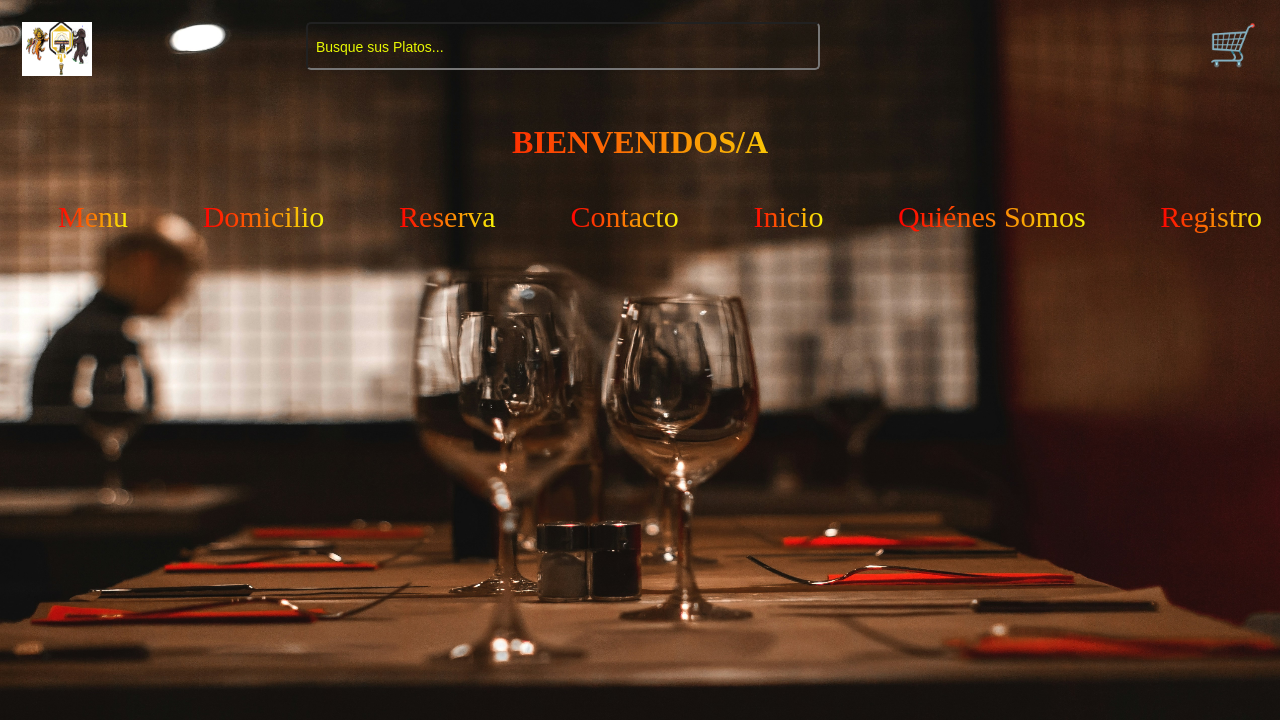
Repository: ye909/app_restaurante
Page: index.html
An editor plug-in stored every save of this project. The page is shown before and after the next save, followed by the edit.
The browser window is 1280 px wide. The pictures show the whole page.

Above is the page before, as saved 2025-01-11 23:17:29.
Console error: TypeError: Cannot read properties of null (reading 'addEventListener')

### index.html
<!DOCTYPE html>
<html lang="en">

<head>
  <meta charset="UTF-8">
  <meta name="viewport" content="width=device-width, initial-scale=1.0">
  <title>Document</title>
  <link rel="stylesheet" href="/css/menu_principal.css">
  <link rel="stylesheet" href="/css/footer.css">
  <link rel="stylesheet" href="/css/heder.css">
  <link rel="stylesheet" href="/css/modal_card.css">
  <link rel="stylesheet" href="/css/stilo.css">
  <link rel="stylesheet" href="/css/menu_navegacion.css">

</head>

<body>
  <header>
    <div class="container_header_card">
      <div class="imagen"><img src="/public/imagen/login.gif" alt=""></div>

      <input type="text" id="buscar" class="buscar" placeholder="Busque sus Platos...">
      <ul id="productList" class="productList"></ul>

      <div id="cart-btn" class="shopping">🛒</div>

  </header>



  <h1 class="bienvenida" id="bienvenida">BIENVENIDOS/A</h1>
  <nav>
    <ul>
      <li id="menu-btn"> <a href="">Menu</a></li>


      <li><a href="./public/templeis/domicilio.html" target="_blank">Domicilio</a></li>
      <li><a href="./public/templeis/reserva.html" target="_blank">Reserva</a></li>
      <li><a href="#contacto">Contacto</a></li>
      <li><a href="./public/templeis/login.html" target="_blank">Inicio</a></li>
      <li><a href="#somos">Quiénes Somos</a></li>
      <li><a href="./public/templeis/registro.html" target="_blank">Registro</a> </li>
    </ul>
  </nav>
  <!-- <img src="./public/imagen/rrstaurante1.jpg" alt="" class="imgRestaurante">

  <main id="menu-view" class="menu-view">
    <div class="filter-buttons">
      <button class="filter" data-region="Todos">Todos</button>
      <button class="filter" data-region="Latinoamérica">Latinoamérica</button>
      <button class="filter" data-region="Centroamérica">Centroamérica</button>
      <button class="filter" data-region="Suramérica">Suramérica</button>
    </div>
    <div id="menu-items" class="menu-items"></div>
    <div>
      <h1>aaas</h1>
    </div>
    <audio id="clickSound" src="./public/audio/mouse_btn3.mp3"></audio>
  </main>


  <main id="cart-view" class="cart-view">
    <h2 class="carro">Carrito de Compras</h2>
    <div id="cart-items" class="cart-items"></div>
    <div class="cart-total">
      <p>Total: <span id="cart-total">$0.00</span></p>
      <button id="back-to-menu">Volver al Menú</button>
    </div>
  </main>

  <div class="container_card_persona">

    <article class="container_persona">
      <img src="./public/imagen/mona.jpg" alt=""><br><br>
      <h3>Leidi Lorena Lopez Calzado</h3>
      <p>Soy gerente tecnologico de acesdrack </p>
    </article>

    <article class="container_persona">
      <img src="./public/imagen/afro.jpg" alt=""><br><br>
      <h3>Jose ramirez lopez</h3>
      <p>Soy profecional en derecho social</p>
    </article>


    <article class="container_persona">
      <img src="./public/imagen/indigena.jpg" alt=""><br><br>
      <h3>Ana Maria Pradro Ramirez</h3>
      <p>Soy profecional en derecho social</p>
    </article>

    <article class="container_persona">
      <img src="./public/imagen/mestizo.jpg" alt=""><br><br>
      <h3>Andres Jose morra</h3>
      <p>Soy profecional en derecho social</p>
    </article>


  </div>

  <p class="text_invitacion"> Los envitamos a que descubra una explosión de sabores en cada bocado. <br>
    Tu próxima experiencia gastronómica inolvidable te espera.
  </p>
  <br> <br>

  <div class="quienes_somos" id="somos">
    <h1>Quiénes Somos</h1>
    <p>En <strong>Gostriafromix</strong>, somos un restaurante apasionado por la buena comida y el servicio de calidad.
      <br>
      Fundado con el propósito de ofrecer una experiencia gastronómica única, combinamos ingredientes frescos con
      recetas innovadoras para crear platos que deleitan el paladar. <br>
      Nuestro equipo está compuesto por chefs experimentados y personal dedicado que trabaja día a día para hacer que
      cada visita sea inolvidable.
    </p>
    <p>Nuestro objetivo es brindarte un ambiente acogedor donde puedas disfrutar de momentos especiales, ya sea con
      amigos, familiares o en una ocasión especial. Te invitamos a
      visitarnos y descubrir por qué somos el lugar preferido por los amantes de la buena comida.</p>
  </div>

  <footer>
    <div class="conataine_footer">
      <div>
        <h4>Servicio al ciudadano</h4>
        <p><span>L</span>ínea directa <br> <br> (601) 2773555</p>
        <p id="domicilio"><span>S</span>ervicios ha domicilio<br> <br>328866178 <br><br>Dirreccion calle 12# 43-23 sur
        </p>

      </div>

      <div>
        <h4>Lineas de atencion</h4>
        <p><span>E</span>n Bogotá, <br> desde fijo o celular, al <br><br>
          (601) 307 70 51 <br><br>
          01 8000 930100 <br><br>
          <span>D</span>esde celular marca <br><br>
          #961
        </p>
      </div>
      <div>
        <h4>Redes</h4>
        <div><a href=""><i class="fa-brands fa-facebook"> </i></a> Facebook</div>
        <div><a href=""><i class="fa-brands fa-twitter"></i></a>Twitter</div>
        <div><a href=""><i class="fa-brands fa-linkedin"></i> </a>Linkedin</div>
        <div><a href=""><i class="fa-brands fa-instagram"></i></a> Instagram</div>
      </div>
      <div>
        <h4 id="contacto">Contacto</h4>
        <p><span>D</span>irección Nacional<br><br>
          <span>C</span>arrera 85K No. 46A-66<br><br>
          <span>b</span>ogotá D.C., Colombia<br><br>
          <span>T</span>eléfono administrativo<br><br>
          (60)1 419 3000
        </p>
      </div>

      <div>
        <h4> Canales de atención</h4>
        <p><a href="#">Preguntas frecuentes</p></a><br>
        <p><a href="#">Escríbe tu PQRS</p></a><br>
        <p><a href="#">Nuestras sedes</p></a>
      </div>
    </div>
  </footer>
  <div class="container_final">2024 Bogota Colombia D.C</div> -->


  <script src="./js/script.js"></script>
  <script src="./js/productos.js"></script>
  <script src="./js/dinamico.js"></script>
</body>

</html>

### css/menu_principal.css
:scope{
    padding: 0%;
    margin: 0%;
    overflow: scroll;
}

html {
    scroll-behavior: smooth;
    background-image: url(../public/imagen/janos.jpg);
    background-repeat: no-repeat;
    background-size: cover;
    background-attachment: fixed;
    background-size: 100% 100%;
    height: auto;
  }

/*
  .imgRestaurante {
    width: 100%;
    height: 50vh;
  }

  .container_card_persona {
    display: flex;
    justify-content: space-around;
    align-items: center;
    flex-direction: row;
    flex-wrap: wrap;
    padding: 10px;
  }
  .container_persona {
    width: 10%;
    background: rgba(26, 25, 25, 0.6);
    border-radius: 4px;
    color: white;
    padding: 10px;
    height: auto;
    box-shadow: rgb(8, 8, 8) 1px 2px 2px 2px;
  }
  .container_persona img {
    object-fit: cover;
    width: 100%;
    margin-top: -30px;
    border-radius: 80px;
    box-shadow: rgb(8, 4, 247) 1px 1px 1px;
  }

  h3 {
    text-align: center;
    color: yellow;
  }
  .container_persona p {
    padding: 6px;
    font-size: 18px;
    list-style: 1.4;
  }

  .quienes-somos {
    width: 100%;
    text-align: center;
    background: rgba(232, 232, 157, 0.4);
  }
  .quienes-somos p {
    font-size: 30px;
    line-height: 1.4;
  }

  .text_invitacion {
    font-size: 25px;
    line-height: 1.4;
    width: 99%;
    text-align: center;
    background: rgba(232, 232, 157, 0.2);
  }
   */

### css/footer.css
.conataine_footer {
  display: flex;
  justify-content: space-between;
  flex-direction: row;
  flex-wrap: wrap;
  margin: 10px;
}

p {

  padding: 5px;
  font-size: 20px;
  font-weight: bold;
}
span {
  font-size: 25px;
}
.quienes_somos {
  background:rgba(161, 161, 59, 0.5);
}
.quienes_somos p{
  text-align: center;
font-size: 25px;
}
:is(.container_final) {
  display: flex;
  justify-content: center;
  align-items: center;
}

h4 {
  color: blue;
  font-size: 30px;
}
:is(.container_final, h4, i) {
  padding: 10px;
}
.container_final {
  background: rgba(12, 12, 12, 0.2);
  color: white;
}
.fa-facebook {
  color: rgb(5, 5, 253);
}
.fa-twitter {
  color: rgb(8, 123, 245);
}
.fa-linkedin {
  color: rgb(71, 71, 155);
}
.fa-instagram {
  color: rgb(243, 17, 17);
}
a {
  cursor: pointer;

}
footer a {
  font-size: 20px;
  color: white;
}
footer {
  background: rgba(10, 10, 10, 0.6);
  color: white;
}

### css/heder.css
.container_header_card{
    display: flex;
    justify-content: space-between;
    justify-items: center;
    flex-direction: row;
    flex-wrap: wrap;
    padding: 14px;
    }

 .productList {
     list-style-type: none;
     padding: 0;
 }

 .productList li {
     padding: 10px;
     border-bottom: 1px solid #ccc;
 }

 .productList li:last-child {
     border-bottom: none;
 }

  .container_header_card img{
    width: 70px;
}
  .shopping{
    font-size: 40px;
cursor: pointer;
}
.buscar::placeholder{
    color:rgb(232, 248, 3);
    font-size: 14px;
}

.buscar {
    width: 40%;
    height: 3.9vh;
    background:transparent;
    color:white;
    font-size: 18px;
    border-radius: 5px;
    margin-left: 20px;
}
:is(.bienvenida,
 .buscar){
     padding: 8px;
 }
 .bienvenida{
    background-image:linear-gradient(to left, rgb(4, 151, 4), rgb(248, 244, 7),  red,rgb(14, 14, 240));
    -webkit-text-fill-color:transparent;
    -webkit-background-clip: text;
    background-clip: text;
    text-align: center;


}

### css/modal_card.css
t-items{
     display: none;
}
.card {
  width: 15%;
  height: 20vh;
  padding: 10px;
  background: rgba(0, 0, 0, 0.4);
  border-radius: 10px;
}
h1{
  text-align: center;
  padding: 10px;

}
.carro{
  color:yellow;
}
.card img {
  width: 100%;
  height: 150px;
  object-fit: cover;
  border-radius: 5px;
}
.cart-view,.menu-view{
  display: none;
}
.card button {
  margin-top: 10px;
  background-color: #007bff;
  color: white;
  border: none;
  padding: 10px;
  border-radius: 5px;
  cursor: pointer;
}

.card button:hover {
  background-color: #0056b3;
}

.cart-total {
  text-align: right;
  margin: 20px;
}


.cart-total{
  font-size: 20px;
  color:blue;
}
button {
  width: 270px;
  padding: 10px;
  transition: background-color 0.3s ease, transform 0.2s ease;
  border-radius: 20px;
  background: transparent;
  color: blue;
  font-size: 18px;
}
button:hover {
  border: none;
  background: #0606f8fd;
  color: black;
  box-shadow: rgb(7, 71, 236) 2px 2px 2px, rgb(7, 71, 236) 2px 2px 2px,
    rgb(7, 71, 236) 2px 2px 2px, rgb(7, 71, 236) 2px 2px 2px;
}

### css/stilo.css


/*

    .filter-buttons {
      margin: 20px;
      text-align: center;
    }

    .filter {
      margin: 5px;
      padding: 10px 15px;
      background-color: #007bff;
      color: white;
      border: none;
      cursor: pointer;
      border-radius: 5px;
    }

    .filter:hover {
      background-color: #0056b3;
    }
    .menu-items,.cart-view{
      display: flex;
      justify-content: space-between;
      justify-content: center;
      flex-direction: row;
      flex-wrap: wrap;
      gap: 20px;
    }
     */

### css/menu_navegacion.css


ul{
display: flex;
justify-content: space-between;
text-align: center;
flex-direction: row;
flex-wrap: wrap;
}
li{
    font-size: 30px;
    list-style: none;
margin: 10px;

}

a{

    list-style: none;
    text-decoration: none;
    color: blue;
}
li:hover{
    transition: 1s ease , transform 1s ease;
    border-bottom: 2px solid yellow;


}
nav a{
    background-image:linear-gradient(to left, rgb(248, 244, 7),  red);
    -webkit-text-fill-color:transparent;
    -webkit-background-clip: text;
    background-clip: text;
    text-align: center;
}

### js/script.js

  let cart = [];
  let selectedRegion = "Todos";

  const menuView = document.getElementById("menu-view");
  const cartView = document.getElementById("cart-view");
  const menuItemsContainer = document.getElementById("menu-items");
  const cartItemsContainer = document.getElementById("cart-items");
  const cartTotal = document.getElementById("cart-total");

  document.querySelectorAll(".filter").forEach(button => {
    button.addEventListener("click", () => {
      selectedRegion = button.getAttribute("data-region");
      renderMenu();
    });
  });

  document.getElementById("menu-btn").addEventListener("click", () => {
    menuView.style.display = "block";
    cartView.style.display = "none";
  });

  document.getElementById("cart-btn").addEventListener("click", () => {
    menuView.style.display = "none";
    cartView.style.display = "block";
    renderCart();
  });

  document.getElementById("back-to-menu").addEventListener("click", () => {
    menuView.style.display = "block";
    cartView.style.display = "none";
  });

  function renderMenu() {
    menuItemsContainer.innerHTML = "";
    const filteredItems = selectedRegion === "Todos" ? menuItems : menuItems.filter(item => item.region === selectedRegion);
    filteredItems.forEach(item => {
      const card = document.createElement("div");
      card.className = "card";
      card.innerHTML = `
        <img src="${item.image}" alt="${item.name}">
        <h3>${item.name}</h3>
        <p>${item.description}</p>
        <p><strong>$${item.price.toFixed(2)}</strong></p>
        <button onclick="addToCart(${item.id})">Agregar</button>
      `;
      menuItemsContainer.appendChild(card);
    });
  }

  function renderCart() {
    cartItemsContainer.innerHTML = "";
    cart.forEach(item => {
      const cartItem = document.createElement("div");
      cartItem.className = "card";
      cartItem.innerHTML = `
        <h3>${item.name}</h3>
        <p>Cantidad: ${item.quantity}</p>
        <p><strong>$${(item.price * item.quantity).toFixed(2)}</strong></p>
      `;
      cartItemsContainer.appendChild(cartItem);
    });
    const total = cart.reduce((sum, item) => sum + item.price * item.quantity, 0);
    cartTotal.textContent = `$${total.toFixed(2)}`;
  }

  function addToCart(id) {
    const item = menuItems.find(item => item.id === id);
    const cartItem = cart.find(item => item.id === id);
    if (cartItem) {
      cartItem.quantity++;
    } else {
      cart.push({ ...item, quantity: 1 });
    }
  }

  renderMenu();

### js/productos.js
const menuItems = [
  { id: 1, name: "Tacos al Pastor", description: "Delicious tacos", price: 12.99, image: "https://via.placeholder.com/150", region: "Latinoamérica" },
  { id: 2, name: "Pupusas", description: "Thick griddle cakes", price: 9.99, image: "https://via.placeholder.com/150", region: "Centroamérica" },
  { id: 3, name: "Ceviche", description: "Fresh seafood", price: 15.99, image: "https://via.placeholder.com/150", region: "Suramérica" },
];


// const menuItems = [

//     {
//       id:1,
//       nombre: "Bebida caliente",
//       img: "./public/imagen/bebidas_calientes1.PNG",
//       precio: 20000,
//       descripcion1: "hecho en los mejores lugares de paris",
//       cantidad: 1,
//     },

//     {
//       id:4,
//     precio:10000,
//     nombre:"carne",
//     img:"./public/imagen/mexica1.jpg",
//       descripcion:"Los tacos son uno de los mida "
//     , descripcion1:"tanos"
//     },
//     {
//       id:5,
//       precio:100,
//       nombre:"Sancocho",
//       img:"./public/imagen/sancocho.webp",
//         descripcion:"ya no kkkkk",
//          descripcion1:"plato de casula"
//     },
//     {
//       id:6,
//       precio:30000,
//     nombre:"Lechona",
//     img:"./public/imagen/mexica2.jpg",
//       descripcion:"La lechona es un plato típico de la "
//      ,descripcion1:"plátanos rellenos"
//     },
//     {
//       id:7,
//     precio:90000,
//     nombre:"Postre",
//     img:"./public/imagen/postre2.PNG",
//       descripcion:"ya nhhjshhshao ",
//        descripcion1:"Sabor y dulsura en el plato"
//     },
//     {
//       id:8,
//     precio:10000,
//     nombre:"Coltel",
//     img:"./public/imagen/coltel.webp",
//       descripcion:"Los tacos son uno de comida "
//     , descripcion1:"tanos"
//     },

//     {
//       id:10,
//       precio:30000,
//     nombre:"Cerveza",
//     img:"./public/imagen/cervezas.webp",
//       descripcion:"La lechona es un conoce como "
//      ,descripcion1:"plátanos rellenos"
//     },
//     {
//       id:9,
//       precio:100,
//       nombre:"plátanos rellenos",
//       img:"./public/imagen/platano.PNG",
//         descripcion:"ya no kkkkk",
//          descripcion1:"Rellenos de bocadillo y queso"
//     },
//     {
//       id:10,
//       precio:30000,
//     nombre:"Jugos",
//     img:"./public/imagen/JUGOS_NATURALES.jpg",
//       descripcion:"La lechona es unente se conoce como "
//      ,descripcion1:"plátanos rellenos"
//     },
//     {
//       id:11,
//     precio:90000,
//     nombre:"Arrozanas",
//     img:"./public/imagen/mexico6.jpg",
//       descripcion:"ya nhhjshhshao ",
//        descripcion1:"plátanos rellenos"
//     },
//     {
//     id:11,
//     precio:90000,
//     nombre:"Licor",
//     img:"./public/imagen/licores.webp",
//       descripcion:"ya nhhjshhshao ",
//        descripcion1:"plátanos rellenos"
//     }
//     //    contenido:"ya no"
//   ];

### js/dinamico.js

 const menuview = document.getElementById("menu-view")
const menu_principal=document.getElementById("menu_principal").addEventListener("click",ver_menu)

function ver_menu() {
  menuview.style.display="inline"
}
// texto de bienvenida

setTimeout(()=>{
    const bienvenida = document.getElementById("bienvenida").remove()
    bienvenida.style.transition=" background-color 0.3s ease, transform 0.7s ease; "
},3000)


// audio de los botones
const playSound = function () {
    var audio = document.getElementById("clickSound");
    audio.play();
  }



// // Ejemplo de notificación (opcional)
// document.getElementById('btnboton_agregar').addEventListener('click', () => {
//     if (Notification.permission === 'granted') {
//         new Notification('¡Hola desde tu PWA!');
//     } else if (Notification.permission !== 'denied') {
//         Notification.requestPermission().then((permission) => {
//             if (permission === 'granted') {
//                 new Notification('¡Hola desde tu PWA!');
//             }
//         });
//     }
// });

After the next save:
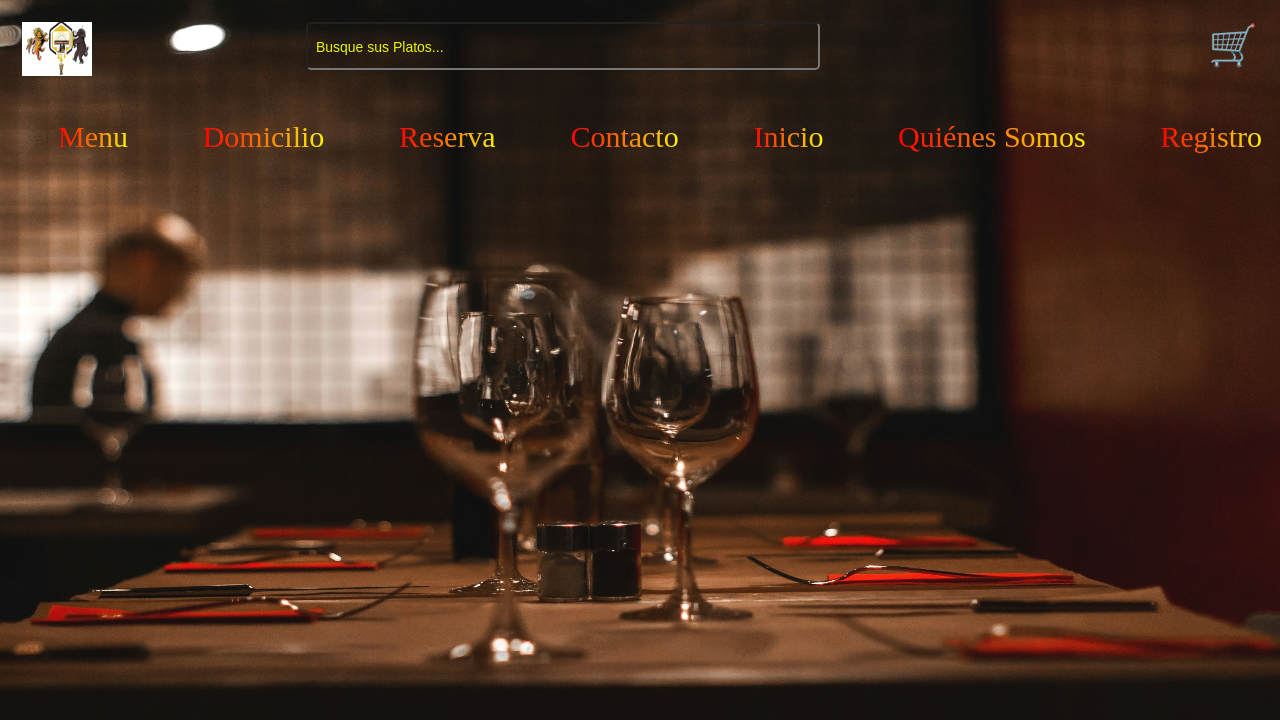
Saved 9 s later.
--- a/js/dinamico.js
+++ b/js/dinamico.js
@@ -1,10 +1,5 @@
 
- const menuview = document.getElementById("menu-view")
-const menu_principal=document.getElementById("menu_principal").addEventListener("click",ver_menu)
 
-function ver_menu() {
-  menuview.style.display="inline"
-}
 // texto de bienvenida
 
 setTimeout(()=>{
